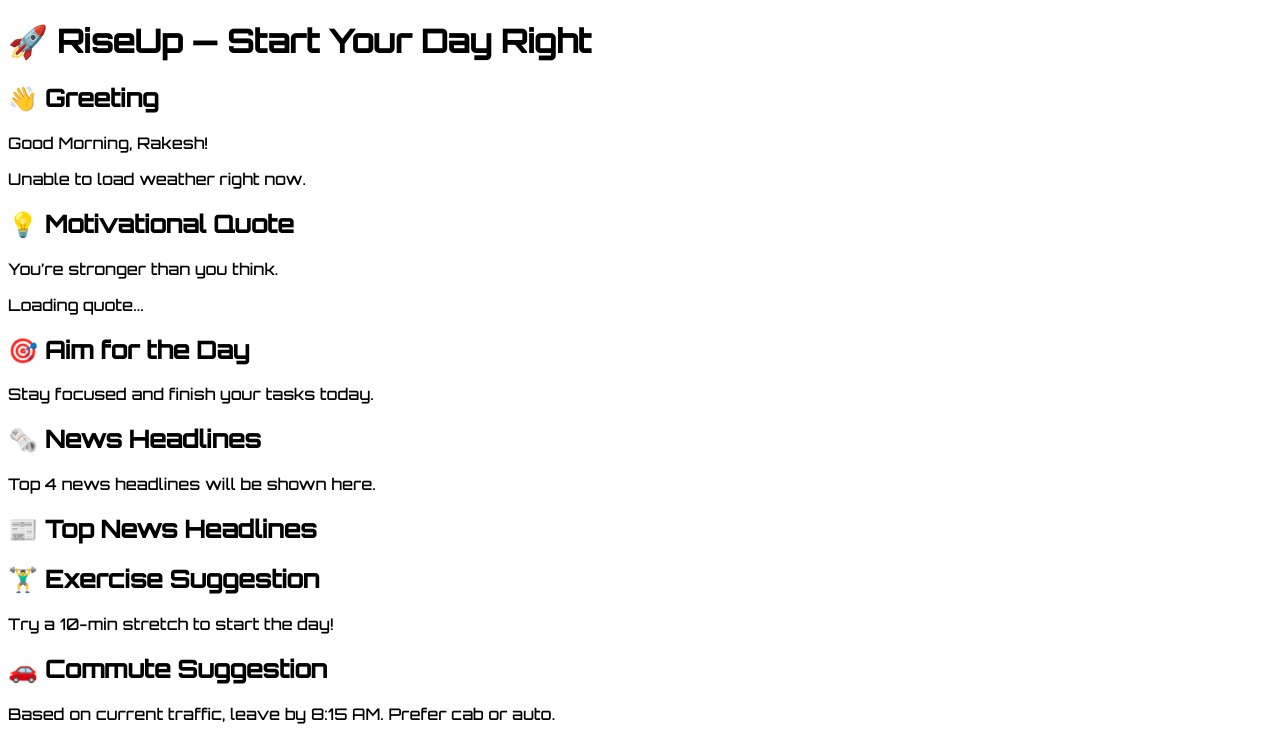
Repository: rakeshkumar1012/riseup
Page: /
An editor plug-in stored every save of this project. The page is shown before and after the next save, followed by the edit.
The browser window is 1280 px wide. The pictures show the whole page.
The page's requests for data from a server got no answer. The project was rebuilt for these pictures with package versions that can differ from the ones it lists, and the page was loaded fresh each time. No one was signed in, and anything a server would have sent is missing.

Above is the page before, as saved 2025-07-05 03:40:09.

After the next save:
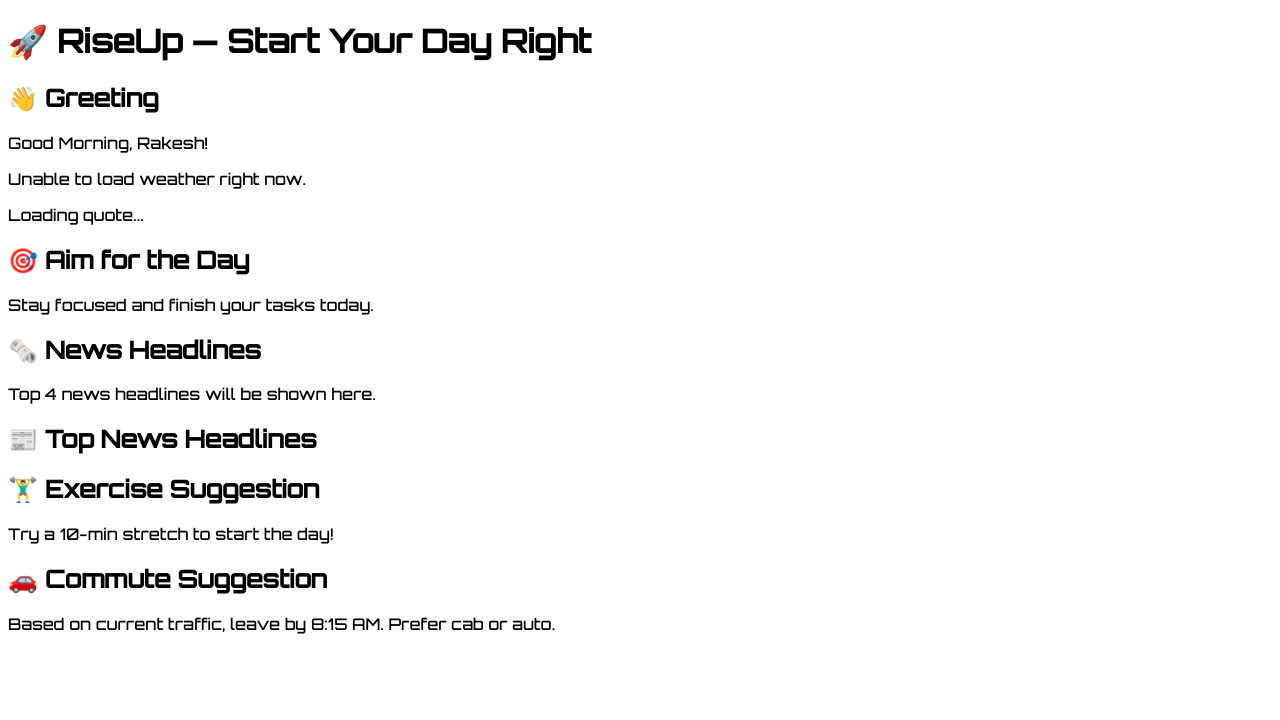
Saved 23 s later.
--- a/src/App.js
+++ b/src/App.js
@@ -17,13 +17,7 @@ function App() {
         </Section>
 
           <Weather />
-
-
-        {/* Quote */}
-        <Section title="💡 Motivational Quote" gradient="from-yellow-400 to-orange-500">
-          <p className="text-white/90">You’re stronger than you think.</p>
           <Quote />
-        </Section>
 
         {/* Daily Task */}
         <Section title="🎯 Aim for the Day" gradient="from-green-400 to-lime-500">
